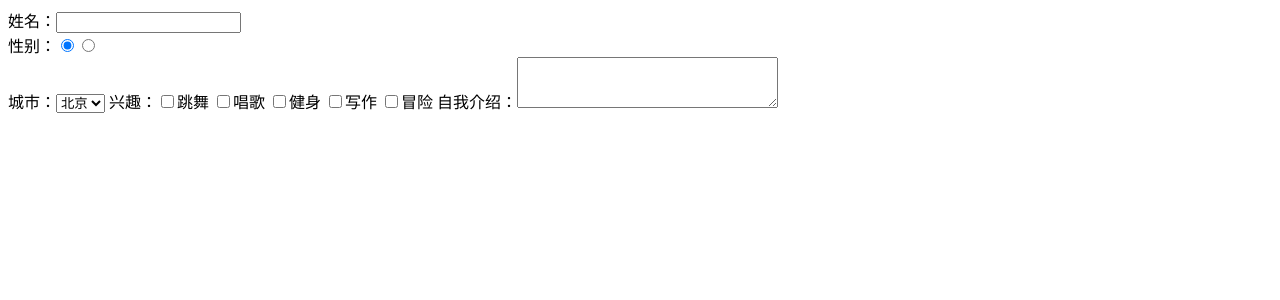
Repository: Miyanaqy/Tomcat_JSP
Page: http://localhost/TomcatTest/request_form.jsp
These files come from the project's save history. The page is drawn as it stood at one moment and after the next save; the edit follows.
The browser window is 1280 px wide. The pictures show the whole page.
The page is served by Tomcat 9.

Above is the page before, as saved 2017-07-08 08:45:58.

After the next save:
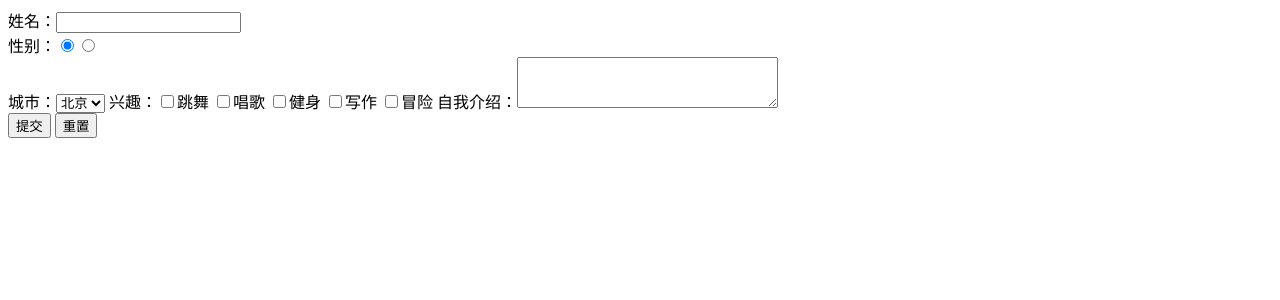
Saved 62 s later.
--- a/TomcatTest/WebContent/request_form.jsp
+++ b/TomcatTest/WebContent/request_form.jsp
@@ -22,6 +22,9 @@
 <input type="checkbox" name="**list" value="冒险">冒险
 自我介绍：<textarea cols="30" rows="3" name="note"></textarea><br>
 <input type="hidden" name="uid" value="1">
+<input type="submit" value="提交">
+<input type="reset" value="重置">
+
 </form>
 </body>
 </html>
